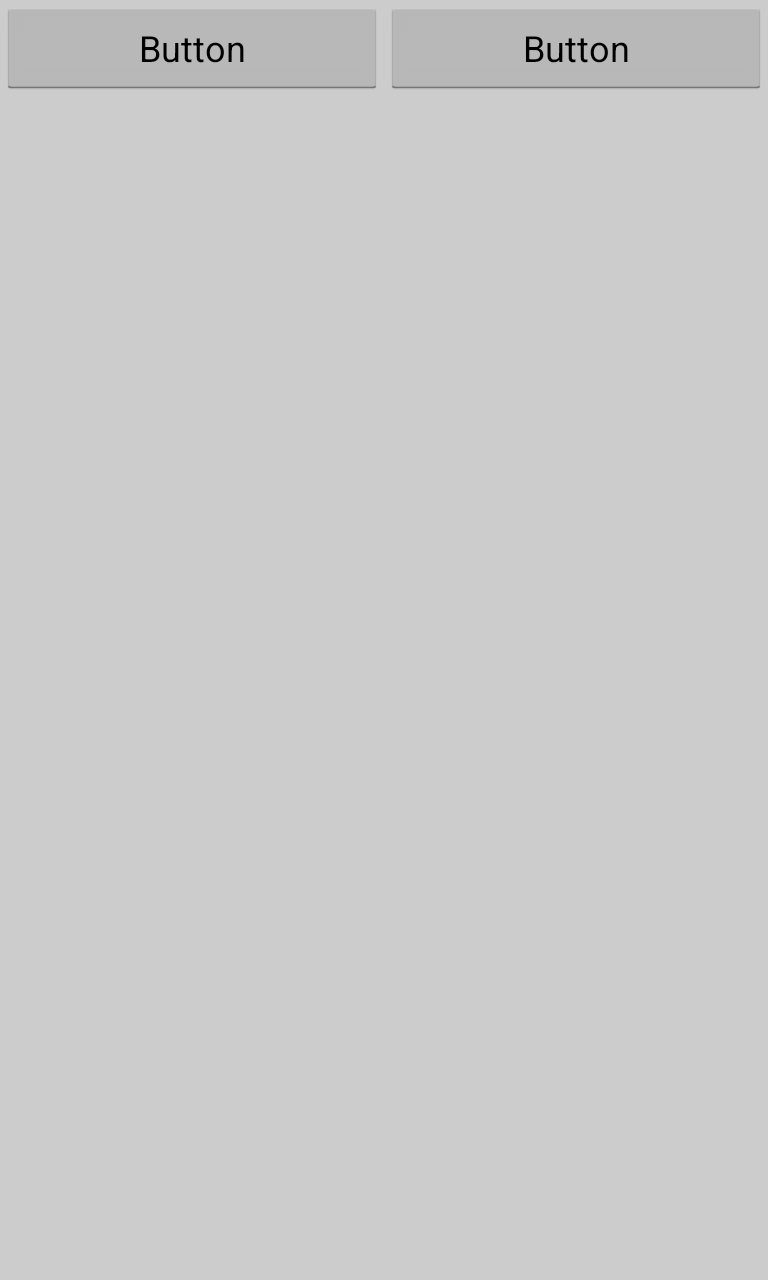
Repository: ChenLongAHXC/AndroidPractice
Layout: Mp3/res/layout/activity_main.xml
These files come from the project's save history. The layout is drawn as it stood at one moment and after the next save; the edit follows.
It is drawn on a 768 x 1280 px phone screen (xhdpi) without system bars, with theme AppTheme; the app's code is not run.

Above is the layout before, as saved 2014-03-25 03:10:38.

After the next save:
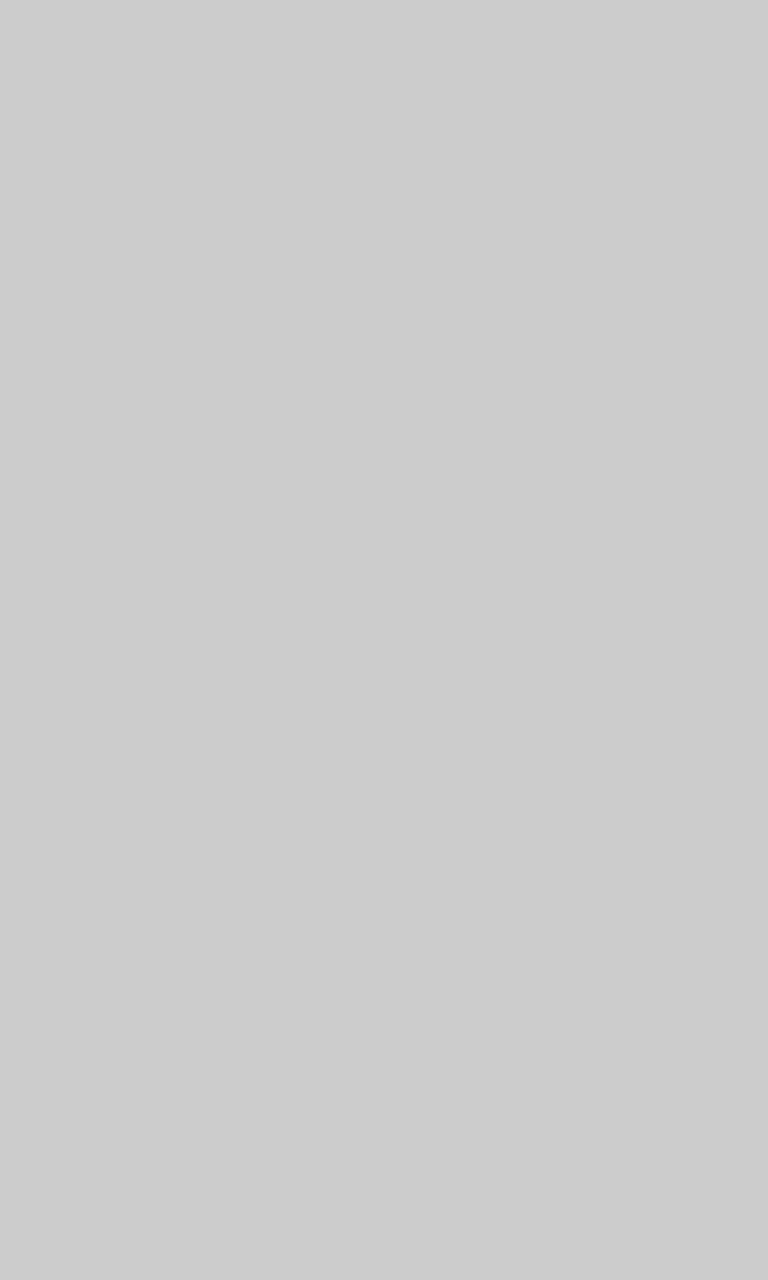
Saved 31 s later.
--- a/Mp3/res/layout/activity_main.xml
+++ b/Mp3/res/layout/activity_main.xml
@@ -12,14 +12,12 @@
 
         <Button
             android:id="@+id/button1"
-            android:layout_weight="1"
             android:layout_width="0dp"
             android:layout_height="wrap_content"
             android:text="Button" />
 
         <Button
             android:id="@+id/button2"
-            android:layout_weight="1"
             android:layout_width="0dp"
             android:layout_height="wrap_content"
             android:text="Button" />
@@ -28,11 +26,12 @@
 
     <LinearLayout
         android:id="@+id/showMp3List"
-        android:layout_weight="5"
         android:layout_width="match_parent"
         android:layout_height="0dp"
-        android:orientation="vertical"
-        android:background="#cccccc">
+        android:layout_weight="5.37"
+        android:background="#cccccc"
+        android:orientation="vertical" >
+
     </LinearLayout>
 
 </LinearLayout>

After the save that followed:
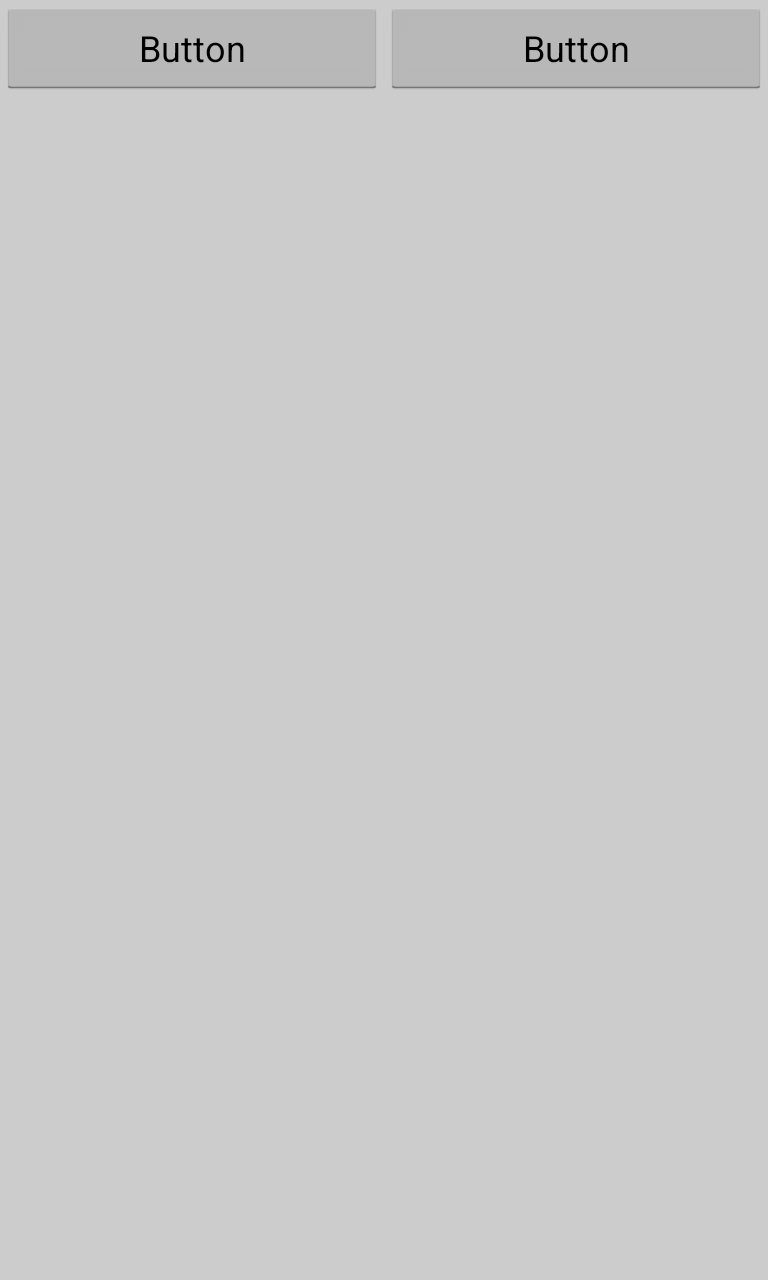
Saved 8 s later.
--- a/Mp3/res/layout/activity_main.xml
+++ b/Mp3/res/layout/activity_main.xml
@@ -12,12 +12,14 @@
 
         <Button
             android:id="@+id/button1"
+            android:layout_weight="1"
             android:layout_width="0dp"
             android:layout_height="wrap_content"
             android:text="Button" />
 
         <Button
             android:id="@+id/button2"
+            android:layout_weight="1"
             android:layout_width="0dp"
             android:layout_height="wrap_content"
             android:text="Button" />
